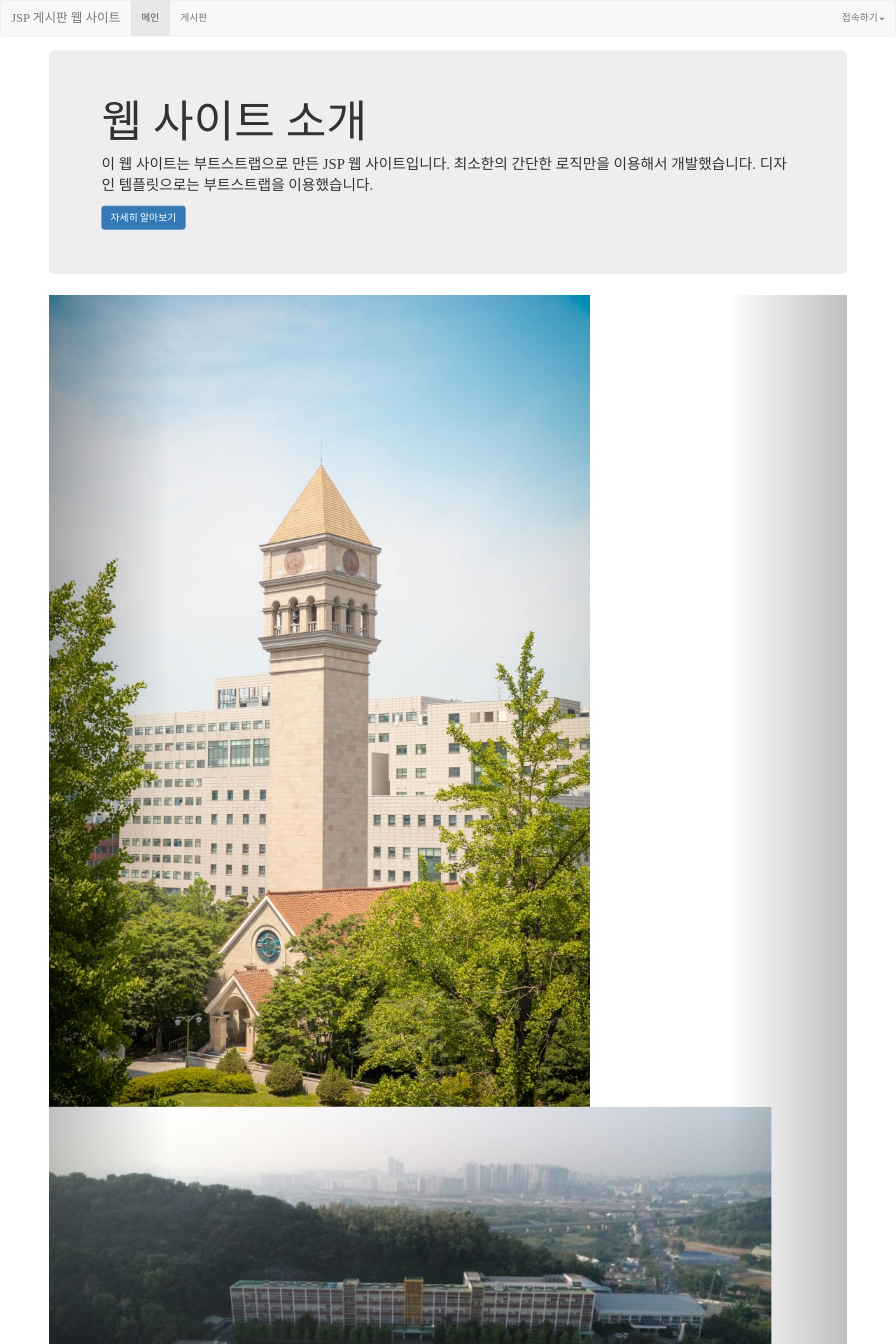
Repository: Jeongyounghyeon/JSP_board
Page: http://localhost/BBS/main.jsp
The author's editor kept a copy of each file at every save. The page is drawn from the files as they stood at one save, then again after the next save.
The browser window is 1280 px wide. The pictures show the part of the page from y = 0 to 1920 px (the page is 3514 px tall before and 1581 px after), at 70% of full size.
Some web fonts or font styles are not loaded; a fallback is used. Some web libraries are served in a nearby version. The page is served by Tomcat 9. Other server files are loaded and not shown.

Above is the page before, as saved 2022-04-08 07:27:59.

### projects/BBS/src/main/webapp/main.jsp
<%@ page language="java" contentType="text/html; charset=UTF-8"
    pageEncoding="UTF-8"%>
    <%@ page import = "java.io.PrintWriter" %>
<!DOCTYPE html>
<html>
<head>
<meta charset="UTF-8">
<meta name = "viewport" content = "width=device-width", initial-scale = "1">
<link rel = "stylesheet" href = "css/bootstrap.min.css">
<link rel = "stylesheet" href = "css/custom.css">
<title>JSP 게시판 웹 사이트</title>
</head>
<body>
	<%
		String userID = null;
		if(session.getAttribute("userID") != null) {
			userID = (String) session.getAttribute("userID");
		}
	%>
	<nav class = "navbar navbar-default">
		<div class = "navbar-header">
			<button type = "button" class = "navbar-toggle collapsed"
				data-toggle = "collapse" data-target = "#bs-example-navbar-collapse-1"
				aria-expanded = "false">
				<span class = "icon-bar"></span>
				<span class = "icon-bar"></span>
				<span class = "icon-bar"></span>
			</button>
			<a class = "navbar-brand" href = "main.jsp">JSP 게시판 웹 사이트</a>
		</div>
		<div class = "collapase navbar-collapse" id = "bs-example-navbar-collapse-1">
			<ul class = "nav navbar-nav">
				<li class = "active"><a href = "main.jsp">메인</a></li>
				<li><a href = "bbs.jsp">게시판</a></li>
			</ul>
			<%
				if(userID == null) {
			%>
			<ul class = "nav navbar-nav navbar-right">
				<li class = "dropdown">
					<a href = "#" class = "dropdown-toggle"
						data-toggle = "dropdown" role = "button" aria-haspopup = "true"
						aria-expanded = "false">접속하기<span class = "caret"></span></a>
					<ul class = "dropdown-menu">
						<li><a href = "login.jsp">로그인</a></li>
						<li><a href = "join.jsp">회원가입</a></li>
					</ul>
				</li>
			</ul>
			<%
				} else{
			%>
			<ul class = "nav navbar-nav navbar-right">
				<li class = "dropdown">
					<a href = "#" class = "dropdown-toggle"
						data-toggle = "dropdown" role = "button" aria-haspopup = "true"
						aria-expanded = "false">회원관리<span class = "caret"></span></a>
					<ul class = "dropdown-menu">
						<li><a href = "logoutAction.jsp">로그아웃</a></li>
					</ul>
				</li>
			</ul>
			<%
				}
			%>
		</div>
	</nav>
	<div class = "container">
		<div class = "jumbotron">
			<div class = "container">
				<h1>웹 사이트 소개</h1>
				<p>이 웹 사이트는 부트스트랩으로 만든 JSP 웹 사이트입니다. 최소한의 간단한 로직만을 이용해서 개발했습니다. 디자인 템플릿으로는 부트스트랩을 이용했습니다.</p>
				<p><a class = "btn btn-primary btn-pull" href = "#" role = "button">자세히 알아보기</a></p>
			</div>
		</div>
	</div>
	<div class = "container">
		<div id = "myCarousel" class = "carousel slide" data-ride = "carousel">
			<ol class = "carousel-indicators">
				<li data-target = "#myCarousel" data-slide-to = "0" class = "active"></li>
				<li data-target = "#myCarousel" data-slide-to = "1"></li>
				<li data-target = "#myCarousel" data-slide-to = "2"></li>
			</ol>
			<div class = "carousel-inner">
				<div class= "item active">
					<img src = "images/sejong.jpg">
				</div>
				<div class= "item active">
					<img src = "images/songdo.jpg">
				</div>
				<div class= "item active">
					<img src = "images/code.jpg">
				</div>
			</div>
			<a class = "left carousel-control" href = "#myCarousel" data-slide = "prev">
				<span class ="glyphicon glyphicon-chevron-left"></span>
			</a>
			<a class = "right carousel-control" href = "#myCarousel" data-slide = "next">
				<span class ="glyphicon glyphicon-chevron-right"></span>
			</a>
		</div>
	</div>
	<script src = "https://code.jquery.com/jquery-3.1.1.min.js"></script>
	<script src = "js/bootstrap.js"></script>
</body>
</html>

### projects/BBS/src/main/webapp/css/custom.css
@charset "UTF-8";

@import url(http://fonts.googleapis.com/earlyaccess/nanumgothic.css);
@import url(http://fonts.googleapis.com/earlyaccess/hanna.css);

* {
	font-family : 'Nanum Gothic';
}
h1 {
	font-family : 'Hanna';
}

Loaded but not shown: projects/BBS/src/main/webapp/css/bootstrap.min.css (library); projects/BBS/src/main/webapp/js/bootstrap.js (library)

After the next save:
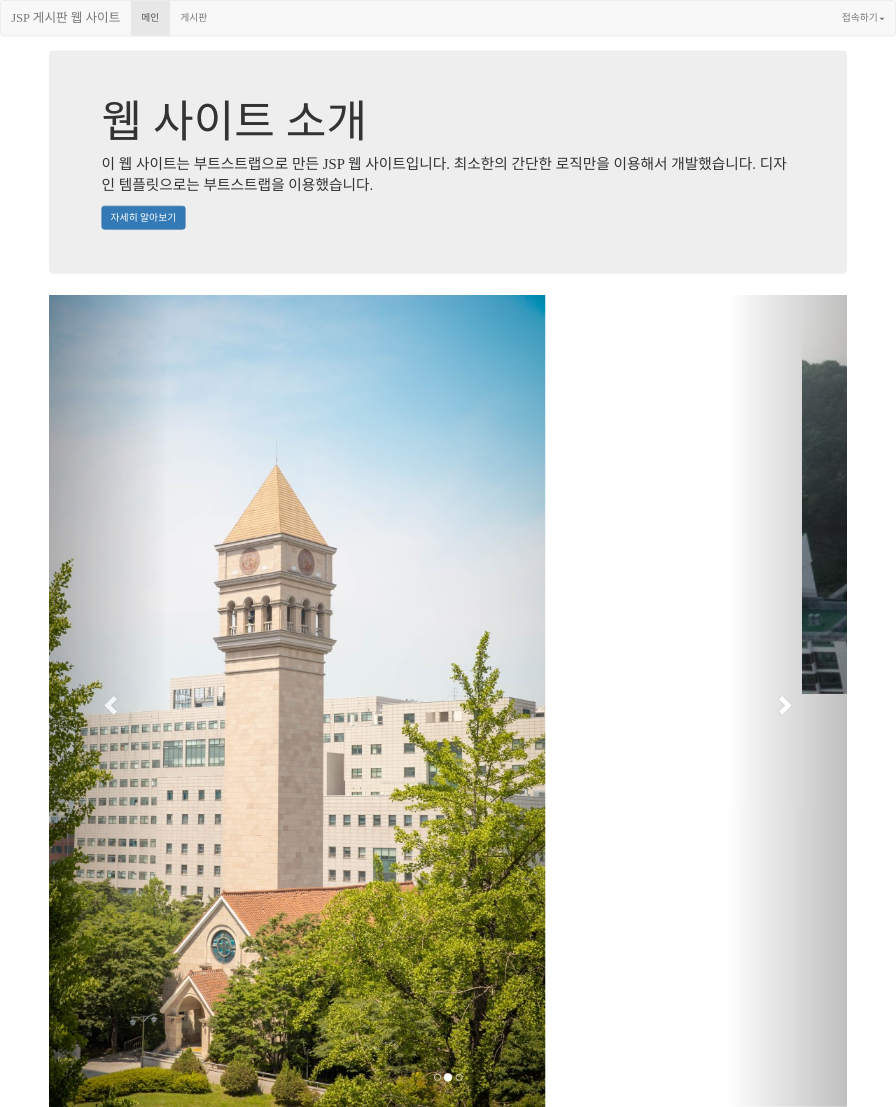
Saved 9 min 56 s later.
--- a/projects/BBS/src/main/webapp/main.jsp
+++ b/projects/BBS/src/main/webapp/main.jsp
@@ -85,10 +85,10 @@
 				<div class= "item active">
 					<img src = "images/sejong.jpg">
 				</div>
-				<div class= "item active">
+				<div class= "item">
 					<img src = "images/songdo.jpg">
 				</div>
-				<div class= "item active">
+				<div class= "item">
 					<img src = "images/code.jpg">
 				</div>
 			</div>
